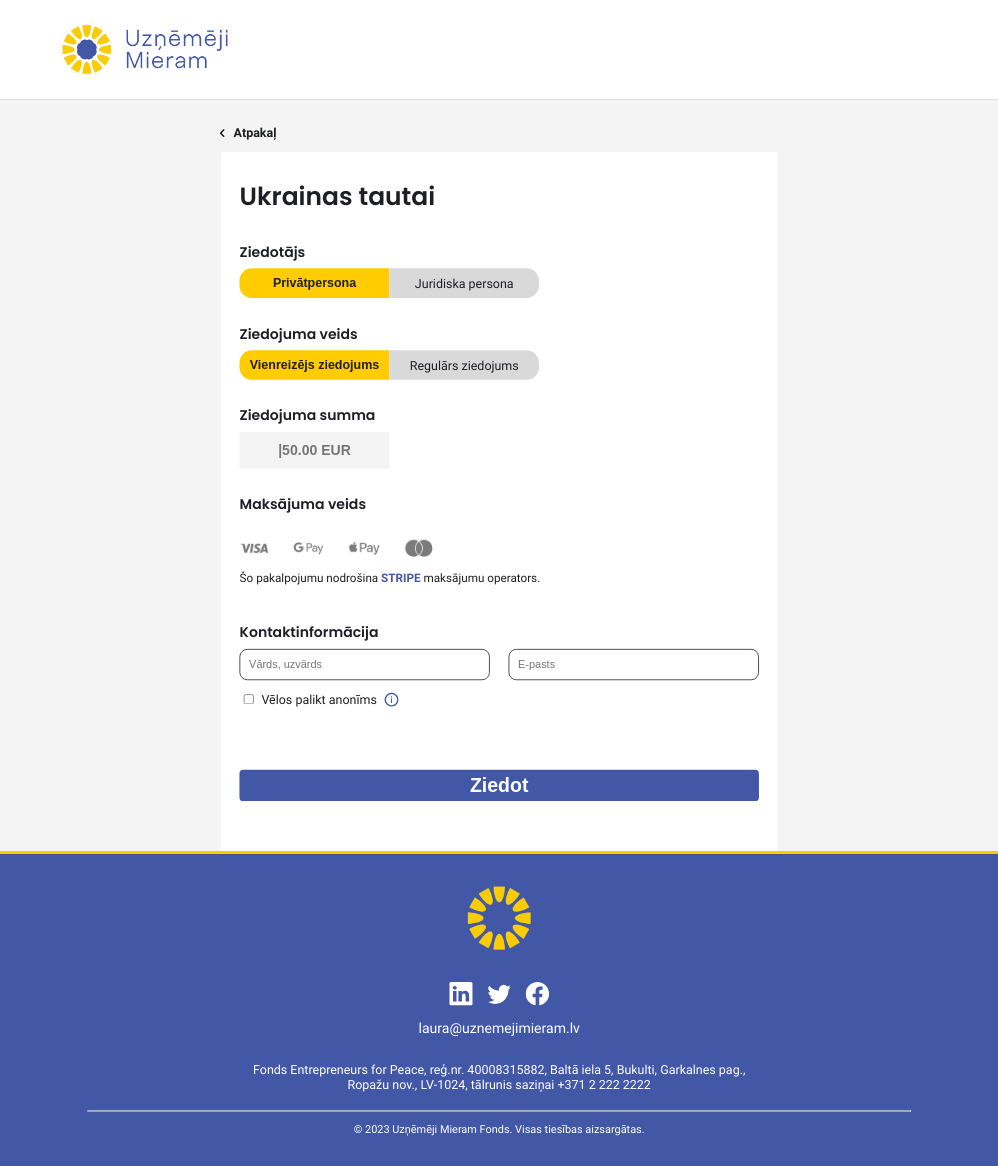
Repository: KatrinaPa/projekts11
Page: donate_Ukr-private-onetime.html
The author's editor kept a copy of each file at every save. The page is drawn from the files as they stood at one save, then again after the next save.
The browser window is 1280 px wide. The pictures show the whole page, at 78% of full size.

Above is the page before, as saved 2023-05-30 20:48:35.
Console error: TypeError: Cannot read properties of null (reading 'children')

After the next save:
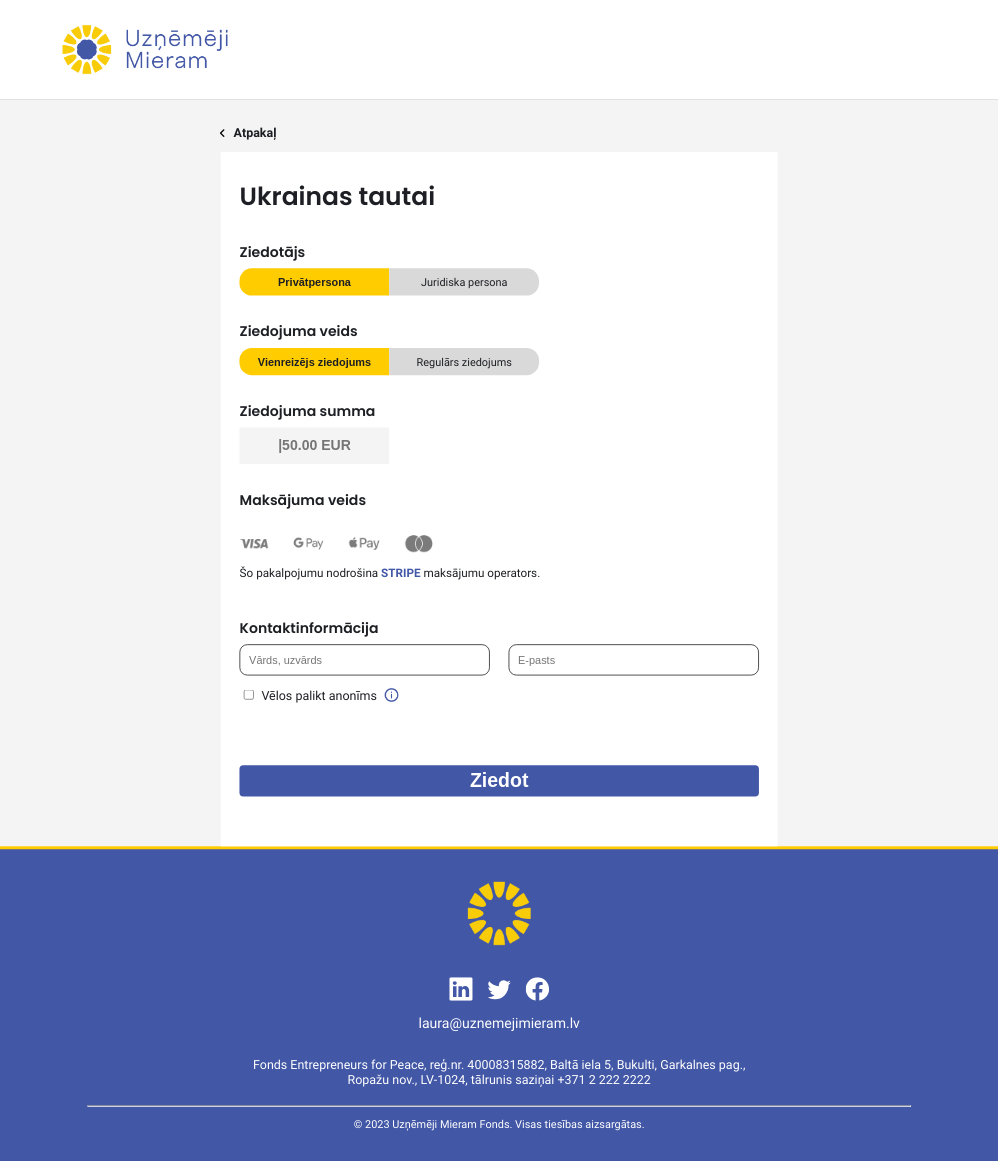
Saved 76 s later.
--- a/assets/donate-page.css
+++ b/assets/donate-page.css
@@ -80,7 +80,7 @@
 .one-time,
 .individual {
     color: #1E1F24;
-    font-size: 16px;
+    font-size: 14px;
     padding: 0.6rem 0;
     width: 12rem;
     text-align: center;
@@ -95,7 +95,7 @@
 .legal,
 .regular {
     color: #1E1F24;
-    font-size: 16px;
+    font-size: 14px;
     padding: 0.6rem 0;
     width: 12rem;
     text-align: center;
